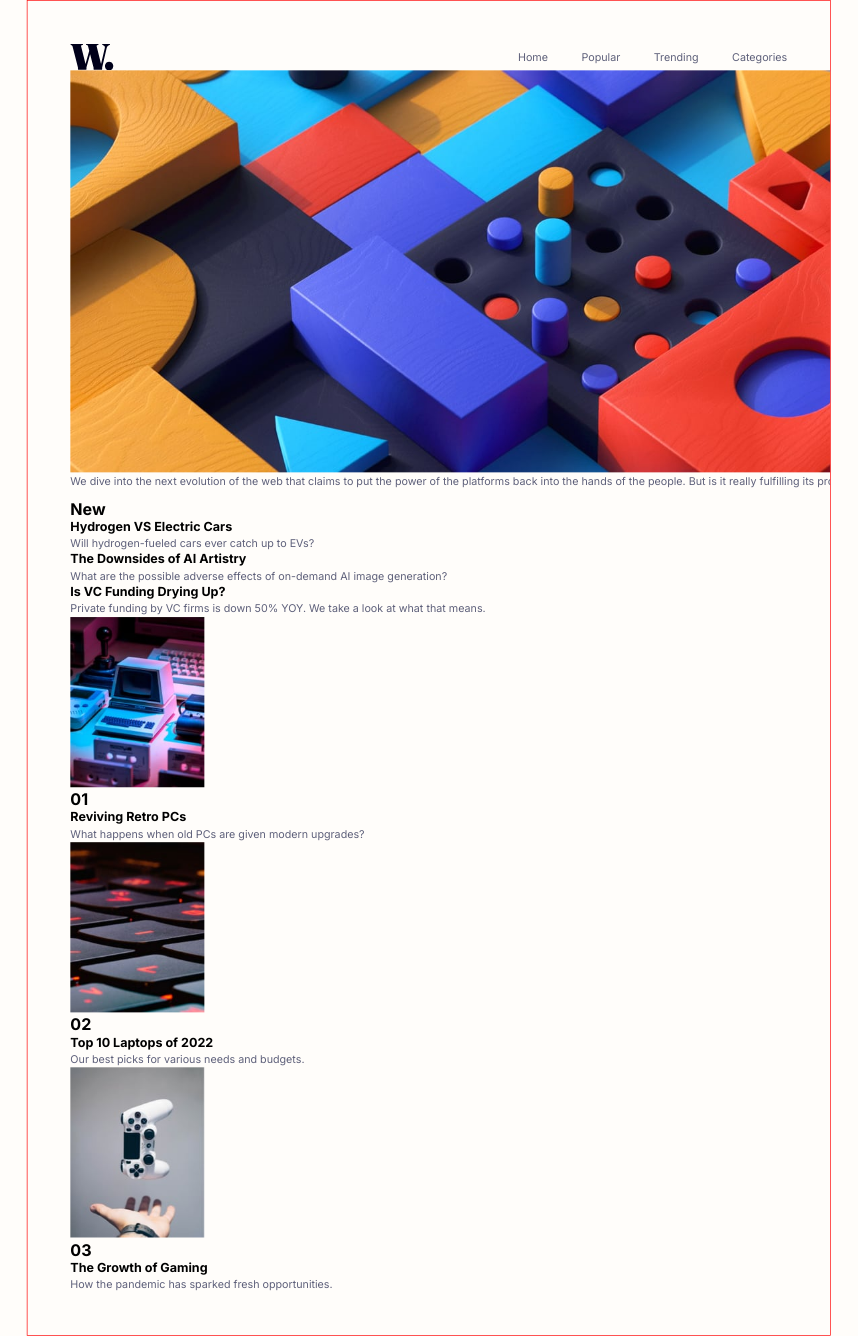
Repository: Arkitecth/news-webpage
Page: index.html
The author's editor kept a copy of each file at every save. The page is drawn from the files as they stood at one save, then again after the next save.
The browser window is 1280 px wide. The pictures show the whole page, at 67% of full size.

Above is the page before, as saved 2023-06-07 20:10:04.

After the next save:
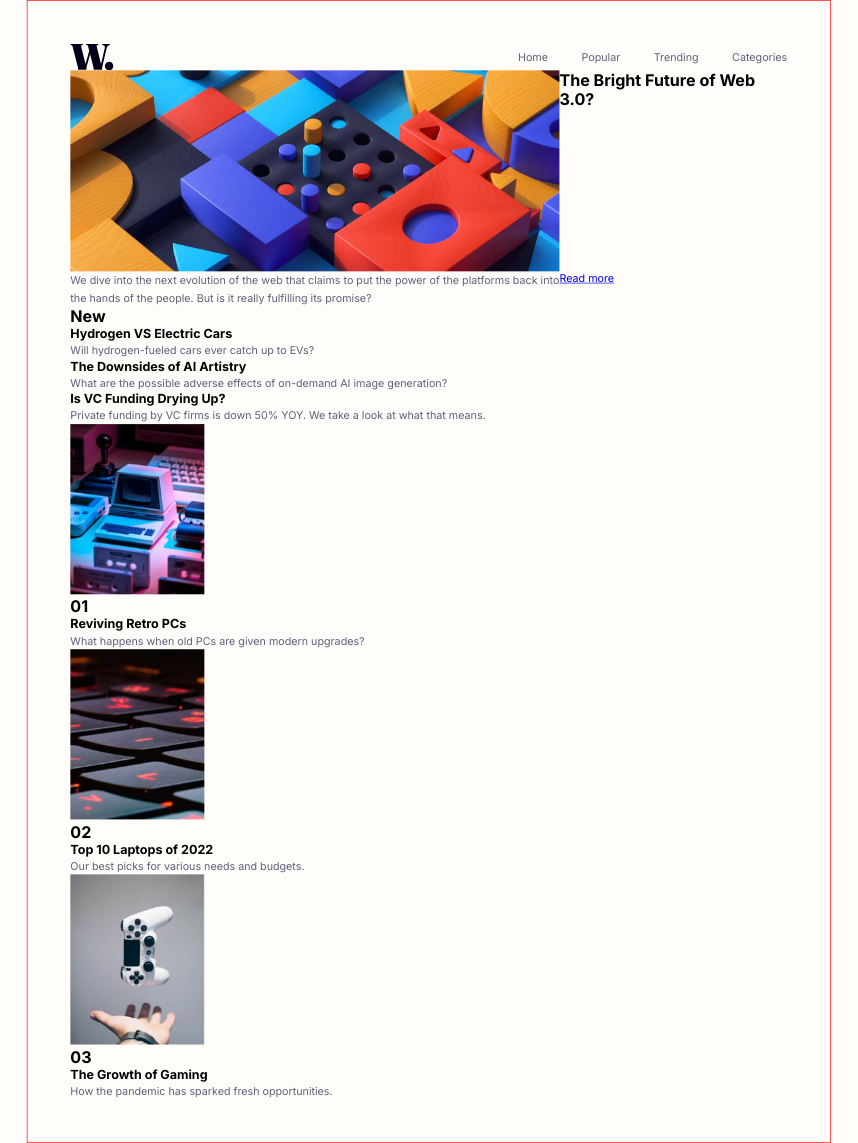
Saved 65 s later.
--- a/style.css
+++ b/style.css
@@ -63,6 +63,7 @@
 
 .background-image {
     content: url("assets/images/image-web-3-desktop.jpg");
+    width: 730px;
 }
 
 /* Showcase */
